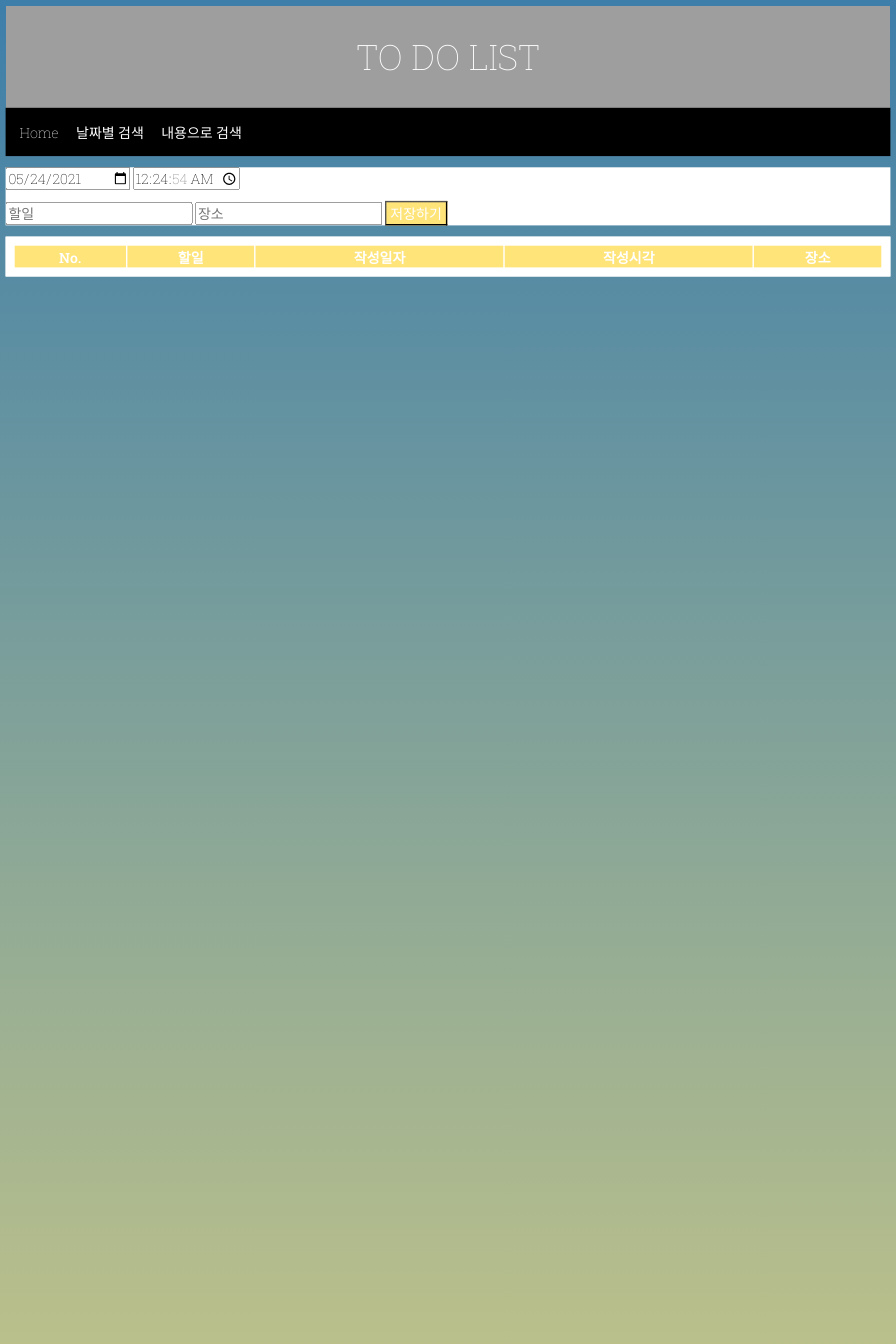
Repository: kimyoungjin98/Exam_Project
Page: http://localhost/Server_PR_TodoList/
These files come from the project's save history. The page is drawn as it stood at one moment and after the next save; the edit follows.
The browser window is 1280 px wide. The pictures show the part of the page from y = 0 to 1920 px (the page is 2966 px tall), at 70% of full size.
Pictures or frames that could not be fetched are drawn as grey boxes. Some web fonts or font styles are not loaded; a fallback is used. The page is served by Tomcat 9. Queries for data that is not in the repository find no rows.

Above is the page before, as saved 2021-05-25 02:24:14.

After the next save:
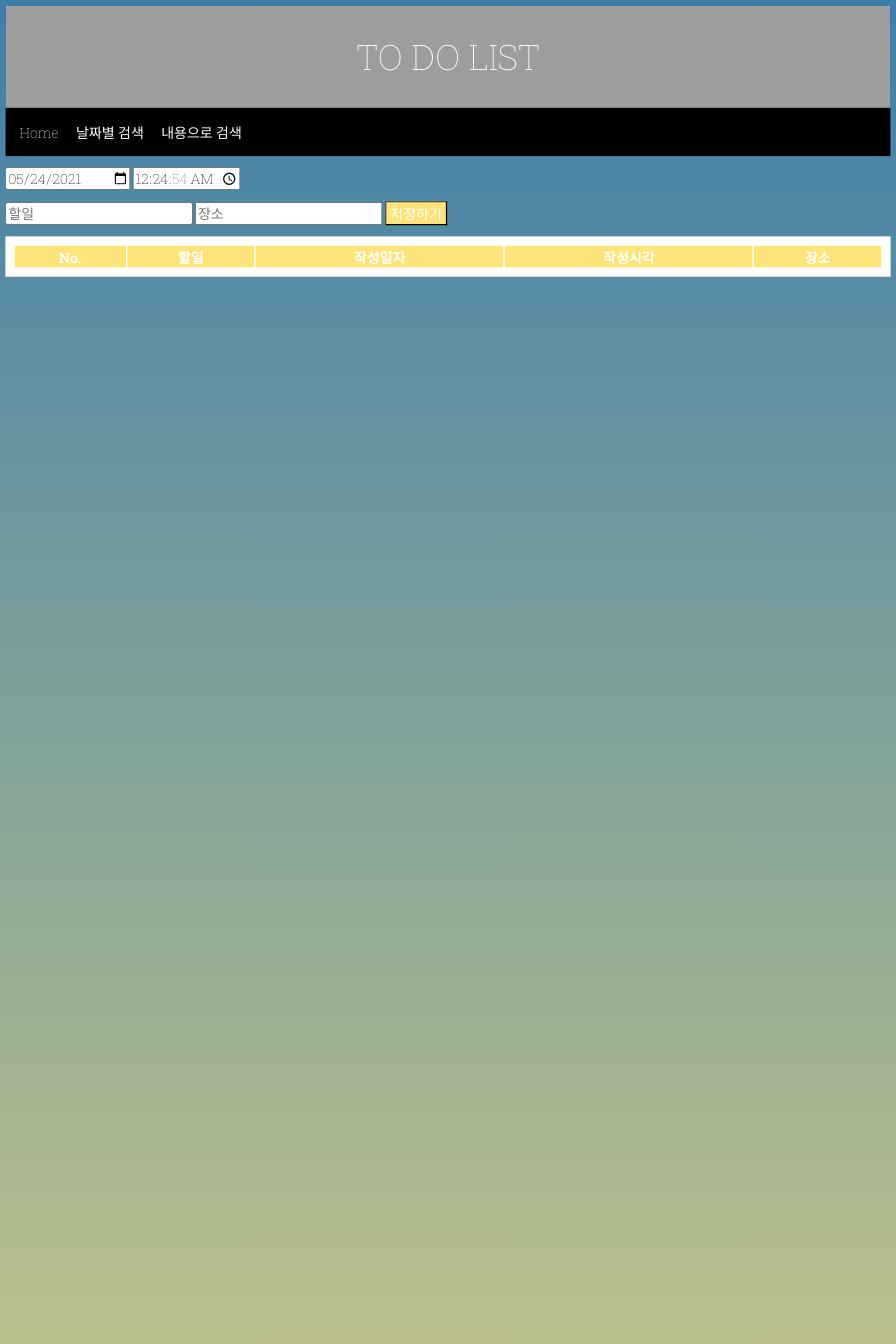
Saved 32 s later.
--- a/Server_PR_TodoList/src/main/webapp/WEB-INF/views/write.jsp
+++ b/Server_PR_TodoList/src/main/webapp/WEB-INF/views/write.jsp
@@ -60,9 +60,7 @@ document.addEventListener("DOMContentLoaded", function(ev){
 		cursor:pointer;
 	}
 
-	form {
-		background-color:white;
-	}
+
 
 
 
